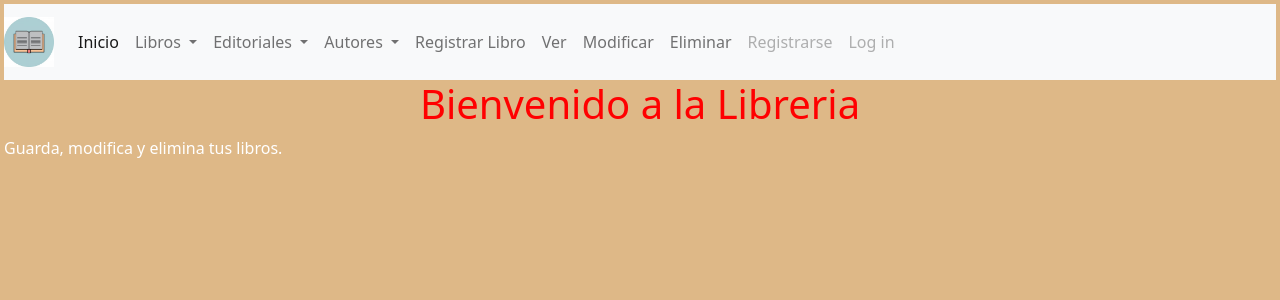
Repository: frnalonso/libreria
Page: src/main/resources/templates/index.html
An editor plug-in stored every save of this project. The page is shown before and after the next save, followed by the edit.
The browser window is 1280 px wide. The pictures show the whole page.

Above is the page before, as saved 2021-11-13 13:45:33.

### src/main/resources/templates/index.html

<!doctype html>
<html lang="en">
  <head>
    <!-- Required meta tags -->
    <meta charset="utf-8">
    <meta name="viewport" content="width=device-width, initial-scale=1">

    <!-- Bootstrap CSS -->
    <link href="https://cdn.jsdelivr.net/npm/bootstrap@5.1.3/dist/css/bootstrap.min.css" rel="stylesheet" integrity="sha384-1BmE4kWBq78iYhFldvKuhfTAU6auU8tT94WrHftjDbrCEXSU1oBoqyl2QvZ6jIW3" crossorigin="anonymous">
    <link rel="stylesheet" href="/css/index.css"/>
    <title>Inicio</title>

  </head>
  <body class="p-1 text-white">
    <nav class="navbar navbar-expand-lg navbar-light bg-light">
        <a class="navbar-brand" href="/" ><img src="/images/icono_libreria2.jpg" width="50px" alt=""></a>
        <button class="navbar-toggler" type="button" data-toggle="collapse" data-target="#navbarNavAltMarkup" aria-controls="navbarNavAltMarkup" aria-expanded="false" aria-label="Toggle navigation">
          <span class="navbar-toggler-icon"></span>
        </button>
        <div class="collapse navbar-collapse" id="navbarNavAltMarkup">
          <div class="navbar-nav">
            <a class="nav-item nav-link active" href="/">Inicio <span class="sr-only"></span></a>
            <li class="nav-item dropdown">
              <a class="nav-link dropdown-toggle" href="#" id="navbarDropdown" role="button" data-bs-toggle="dropdown" aria-expanded="false">
                Libros
              </a>
              <ul class="dropdown-menu" aria-labelledby="navbarDropdown">
                <li><a class="dropdown-item" href="#">Action</a></li>
                <li><a class="dropdown-item" href="#">Another action</a></li>
                <li><hr class="dropdown-divider"></li>
                <li><a class="dropdown-item" href="#">Something else here</a></li>
              </ul>
            </li>
            <li class="nav-item dropdown">
              <a class="nav-link dropdown-toggle" href="#" id="navbarDropdown" role="button" data-bs-toggle="dropdown" aria-expanded="false">
                Editoriales
              </a>
              <ul class="dropdown-menu" aria-labelledby="navbarDropdown">
                <li><a class="dropdown-item" href="#">Action</a></li>
                <li><a class="dropdown-item" href="#">Another action</a></li>
                <li><hr class="dropdown-divider"></li>
                <li><a class="dropdown-item" href="#">Something else here</a></li>
              </ul>
            </li>
            <li class="nav-item dropdown">
              <a class="nav-link dropdown-toggle" href="#" id="navbarDropdown" role="button" data-bs-toggle="dropdown" aria-expanded="false">
                Autores
              </a>
              <ul class="dropdown-menu" aria-labelledby="navbarDropdown">
                <li><a class="dropdown-item" href="#">Action</a></li>
                <li><a class="dropdown-item" href="#">Another action</a></li>
                <li><hr class="dropdown-divider"></li>
                <li><a class="dropdown-item" href="#">Something else here</a></li>
              </ul>
            </li>
            <a class="nav-item nav-link" href="/registro">Registrar Libro</a>
            <a class="nav-item nav-link" href="/mostrar">Ver</a>
            <a class="nav-item nav-link" href="/modificar/{id}">Modificar</a>
            <a class="nav-item nav-link" href="/eliminar">Eliminar</a>
            <a class="nav-item nav-link disabled" href="Log in">Registrarse</a>
            <a class="nav-item nav-link disabled" href="Log in">Log in</a>
          </div>
        </div>
      </nav>
    <h1>Bienvenido a la Libreria</h1>
    <p>Guarda, modifica y elimina tus libros.</p>
    <!-- Optional JavaScript; choose one of the two! -->

    <!-- Option 1: Bootstrap Bundle with Popper -->
    <script src="https://cdn.jsdelivr.net/npm/bootstrap@5.1.3/dist/js/bootstrap.bundle.min.js" integrity="sha384-ka7Sk0Gln4gmtz2MlQnikT1wXgYsOg+OMhuP+IlRH9sENBO0LRn5q+8nbTov4+1p" crossorigin="anonymous"></script>

    <!-- Option 2: Separate Popper and Bootstrap JS -->
    <!--
    <script src="https://cdn.jsdelivr.net/npm/@popperjs/core@2.10.2/dist/umd/popper.min.js" integrity="sha384-7+zCNj/IqJ95wo16oMtfsKbZ9ccEh31eOz1HGyDuCQ6wgnyJNSYdrPa03rtR1zdB" crossorigin="anonymous"></script>
    <script src="https://cdn.jsdelivr.net/npm/bootstrap@5.1.3/dist/js/bootstrap.min.js" integrity="sha384-QJHtvGhmr9XOIpI6YVutG+2QOK9T+ZnN4kzFN1RtK3zEFEIsxhlmWl5/YESvpZ13" crossorigin="anonymous"></script>
    -->
  </body>
</html>

### src/main/resources/static/css/index.css
body {
    background-color:burlywood;
}

h1 {
    color: red;
    text-align: center;
}

img {
    display:block;
    margin:auto;
}

After the next save:
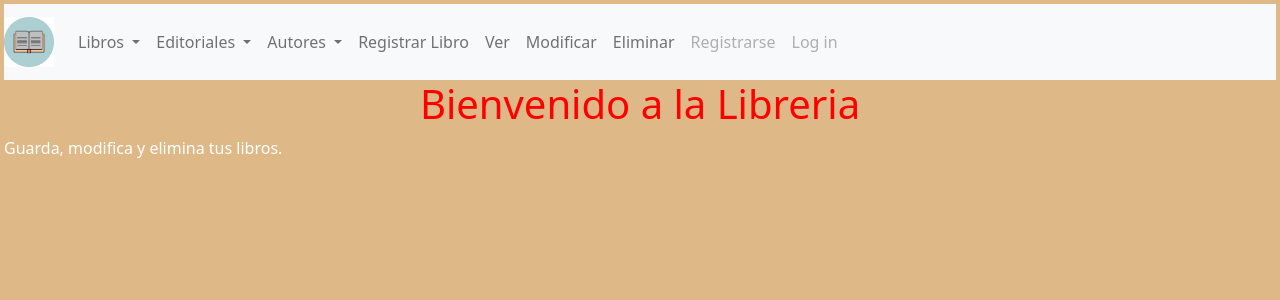
Saved 19 s later.
--- a/src/main/resources/templates/index.html
+++ b/src/main/resources/templates/index.html
@@ -20,7 +20,6 @@
         </button>
         <div class="collapse navbar-collapse" id="navbarNavAltMarkup">
           <div class="navbar-nav">
-            <a class="nav-item nav-link active" href="/">Inicio <span class="sr-only"></span></a>
             <li class="nav-item dropdown">
               <a class="nav-link dropdown-toggle" href="#" id="navbarDropdown" role="button" data-bs-toggle="dropdown" aria-expanded="false">
                 Libros
